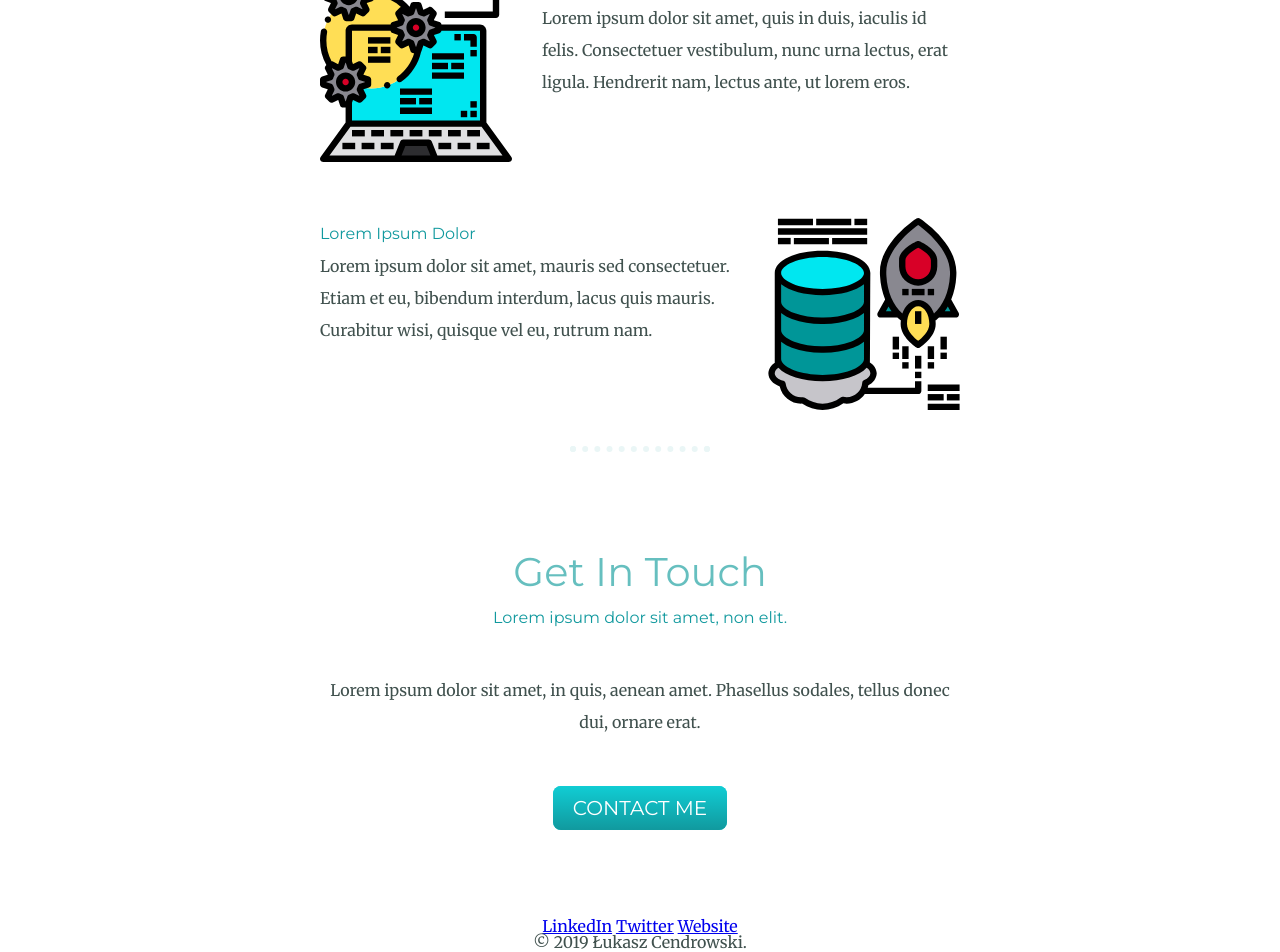
Repository: Isanderr/simple_landing_page-1
Page: index.html
These files come from the project's save history. The page is drawn as it stood at one moment and after the next save; the edit follows.
The browser window is 1280 px wide. The pictures show the part of the page from y = 1344 to 2296 px (the page is 2296 px tall).
A picture or video elsewhere on the page could not be fetched, so the positions and the page height are approximate.

Above is the page before, as saved 2019-02-01 17:57:52.

### index.html
<!DOCTYPE html>
<html lang="en">

    <head>
        <meta charset="UTF-8">
        <meta name="viewport" content="width=device-width, initial-scale=1.0">
        <meta http-equiv="X-UA-Compatible" content="ie=edge">
        <title>CendrowskiL</title>
        <link rel="stylesheet" href="css/reset.css">
        <link rel="stylesheet" href="css/styles.css">
        <link rel="shortcut icon" href="img/favicon.ico" type="image/x-icon">
        <link href="https://fonts.googleapis.com/css?family=Merriweather|Montserrat|Sacramento" rel="stylesheet">
    </head>

    <body>
    </body>
    <div class="top-container">
        <img class="top-cloud" src="img/cloud.png" alt="cloud-image">
        <h1>I'm Luke</h1>
        <h2>a <span class="pro">pro</span>grammer.</h2>
        <img class="bottom-cloud" src="img/cloud.png" alt="cloud-image">
        <img src="img/mountain.png" alt="mountain-image">
    </div>
    <div class="middle-container">
        <div class="profile">
            <img src="img/man.svg" alt="man" class="man-img">
            <h2>Hello.</h2>
            <p class="intro">Lorem ipsum dolor sit amet, vitae volutpat, dui conubia, dolor urna. Non auctor, montes
                nulla distinctio.</p>
        </div>
        <hr>
        <div class="skills">
            <h2>My Skills.</h2>
            <div class="skill-row">
                <img class="computer-img" src="img/optimize.svg" alt="computer">
                <h3>Lorem & Ipsum</h3>
                <p>Lorem ipsum dolor sit amet, quis in duis, iaculis id felis. Consectetuer vestibulum, nunc urna
                    lectus, erat ligula. Hendrerit nam, lectus ante, ut lorem eros.</p>
            </div>
            <div class="skill-row">
                <img src="img/hosting.svg" class="hosting-img" alt="rocket-databes">
                <h3>Lorem Ipsum Dolor</h3>
                <p>Lorem ipsum dolor sit amet, mauris sed consectetuer. Etiam et eu, bibendum interdum, lacus quis
                    mauris. Curabitur wisi, quisque vel eu, rutrum nam.</p>
            </div>
        </div>
        <hr>
        <div class="contact-me">
            <h2>Get In Touch</h2>
            <h3>Lorem ipsum dolor sit amet, non elit.</h3>
            <p class="contact-message">Lorem ipsum dolor sit amet, in quis, aenean amet. Phasellus sodales, tellus
                donec dui, ornare erat.</p>
            <a class="btn" href="mailto:name@email.com">CONTACT ME</a>
        </div>
    </div>
    <div class="bottom-container">
        <a class="footer-link" href="https://www.linkedin.com/">LinkedIn</a>
        <a class="footer-link" href="https://twitter.com/">Twitter</a>
        <a class="footer-link" href="https://www.appbrewery.co/">Website</a>
        <p>© 2019 Łukasz Cendrowski.</p>
    </div>
    </body>

</html>

### css/styles.css
/* font-family: 'Merriweather', serif;
font-family: 'Sacramento', cursive;
font-family: 'Montserrat', sans-serif; */

body{
    color: #40514E;
    margin: 0;
    text-align: center;
    font-family: 'Merriweather', serif;
}

h1 {
    color: #66bfbf;
    margin-top: 50px auto 0 auto;
    font-family: 'Sacramento', cursive;
    font-size: 5.625rem;
}
h2 {
    font-size: 2.5rem;
    font-family: 'Montserrat', sans-serif;
    color: #66bfbf;
    font-weight: normal;
    padding-bottom: 10px;
}
h3 {
    font-family: 'Montserrat', sans-serif;
    color: #11999E;
    line-height: 2;
}

hr {
    border: dotted #EAF6F6 6px;
    border-bottom: none;
    width: 10%;
    margin: 100px auto;
}


.top-container {
background-color: #E4f9f5;
position: relative;
padding-top: 100px;
}
.middle-container {
margin: 100px 0;
}

.bottom-container {
background-color: 66BFBF;
}

.pro {
    text-decoration: underline;
}


.contact-message {
    width: 50%;
    margin: 40px auto 60px;
    line-height: 2;
}
.top-cloud{
position: absolute;
right: 35%;
top: 5%;
}
.bottom-cloud {
position: absolute;
left: 20%;
bottom: 50%;
}

.profile {
    width: 50%;
    margin: auto;
    margin: 100px auto 100px auto;
    line-height: 2;
}

.skill-row {
    width: 50%;
    margin: auto;
    margin: 120px auto 100px auto;
    text-align: left;
    line-height: 2;
}

.man-img {
width: 30%;
}

.computer-img {
    width: 30%;
    float: left;
    margin-right: 30px;
}

.hosting-img {
    width: 30%;
    float: right;
    margin-left: 30px;
}

.btn {
    background: #11cdd4;
    background-image: -webkit-linear-gradient(top, #11cdd4, #11999e);
    background-image: -moz-linear-gradient(top, #11cdd4, #11999e);
    background-image: -ms-linear-gradient(top, #11cdd4, #11999e);
    background-image: -o-linear-gradient(top, #11cdd4, #11999e);
    background-image: linear-gradient(to bottom, #11cdd4, #11999e);
    -webkit-border-radius: 8;
    -moz-border-radius: 8;
    border-radius: 8px;
    font-family: 'Montserrat', sans-serif;
    color: #ffffff;
    font-size: 20px;
    padding: 10px 20px 10px 20px;
    text-decoration: none;
  }

  .btn:hover {
    background: #30e3cb;
    background-image: -webkit-linear-gradient(top, #30e3cb, #2bc4a);
    background-image: -moz-linear-gradient(top, #30e3cb, #2bc4a);
    background-image: -ms-linear-gradient(top, #30e3cb, #2bc4a);
    background-image: -o-linear-gradient(top, #30e3cb, #2bc4a);
    background-image: linear-gradient(to bottom, #30e3cb, #2bc4a);
    text-decoration: none;
  }

Loaded but not shown: css/reset.css (common file)

After the next save:
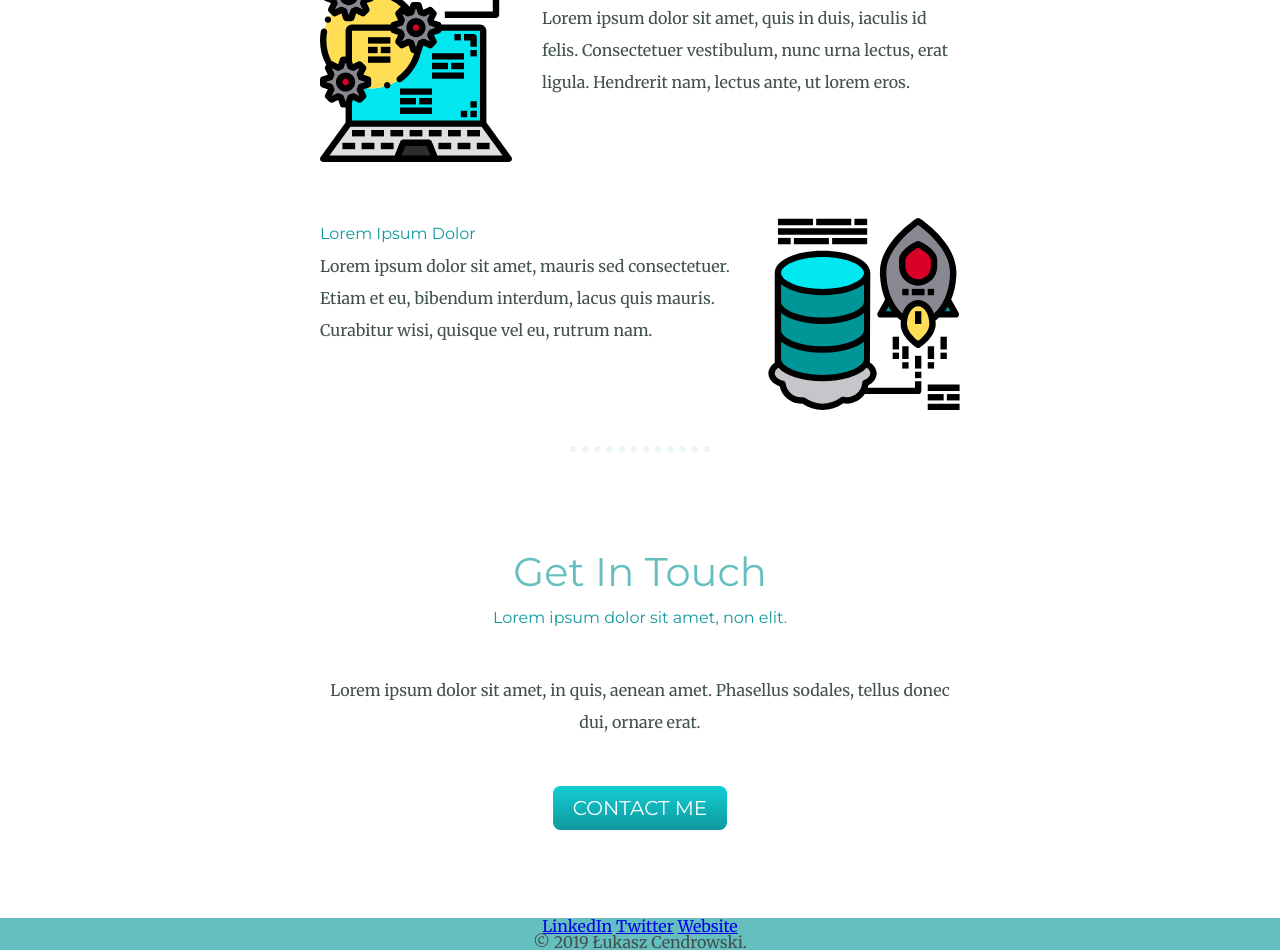
Saved 11 s later.
--- a/css/styles.css
+++ b/css/styles.css
@@ -46,7 +46,7 @@ margin: 100px 0;
 }
 
 .bottom-container {
-background-color: 66BFBF;
+background-color: #66BFBF;
 }
 
 .pro {
